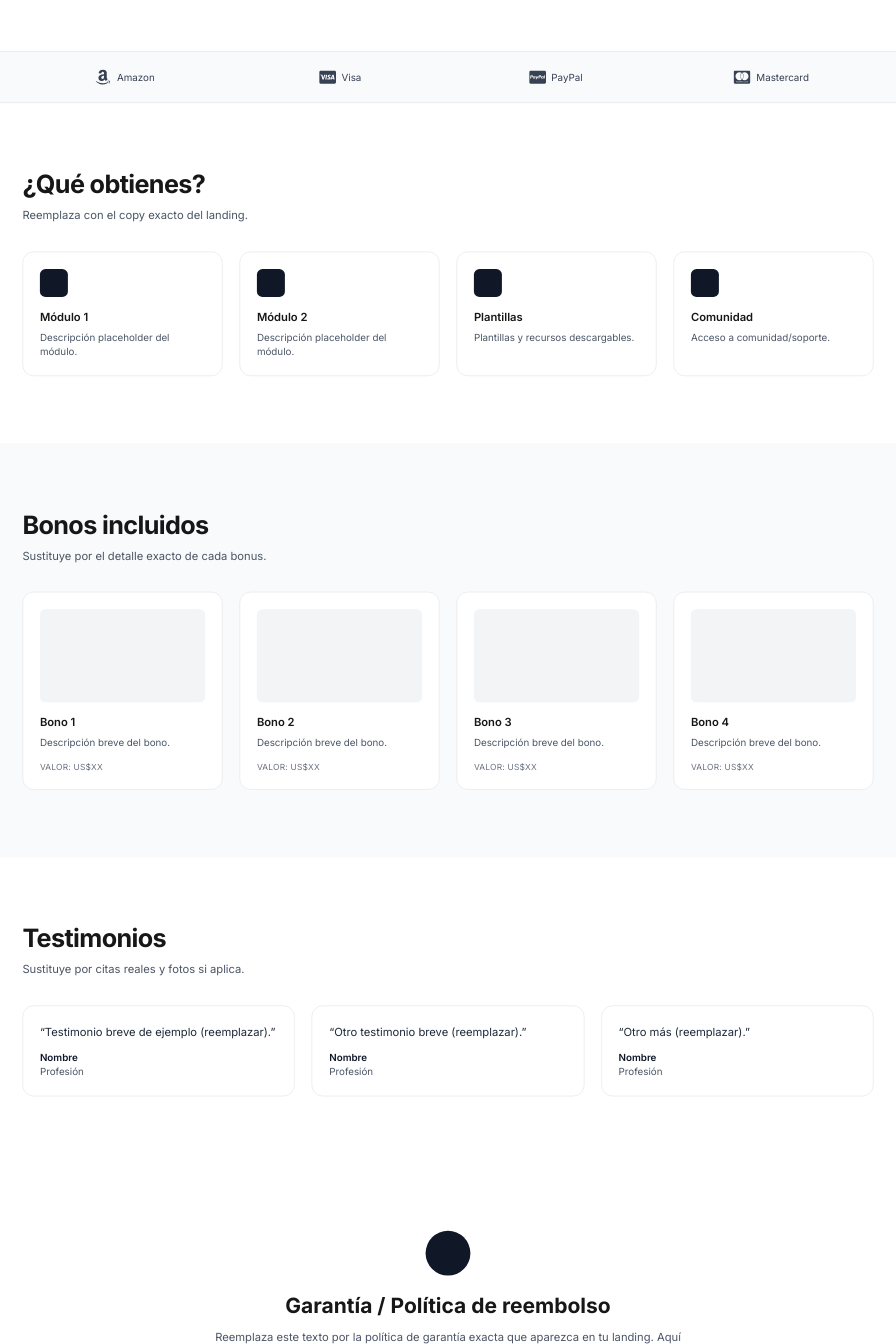
Repository: sazaba/pdfalzate
Page: /
An editor plug-in stored every save of this project. The page is shown before and after the next save, followed by the edit.
The browser window is 1280 px wide. The pictures show the part of the page from y = 715 to 2635 px (the page is 3833 px tall before and 3921 px after), at 70% of full size.
The project was rebuilt for these pictures with package versions that can differ from the ones it lists, and the page was loaded fresh each time. The framework's server and built-in components were replaced by stand-ins that run in the browser. Also part of the build but not shown: next.config.ts.

Above is the page before, as saved 2025-09-24 12:33:42.

### src/app/layout.tsx
import { Inter } from "next/font/google";
import "./globals.css";

const inter = Inter({ subsets: ["latin"] });

export default function RootLayout({ children }: { children: React.ReactNode }) {
  return (
    <html lang="es" suppressHydrationWarning>
      <body className={`${inter.className} min-h-screen bg-white text-gray-900 antialiased`}>
        {children}
      </body>
    </html>
  );
}

### src/app/page.tsx
import React from 'react'

import Navbar from "./components/Navbar";
import Hero from "./components/Hero";
import TrustBar from "./components/TrustBar";
import WhatYouGet from "./components/WhatYouGet";
import Bonuses from "./components/Bonuses";
import Testimonials from "./components/Testimonials";
import Guarantee from "./components/Guarantee";
import FAQ from "./components/FAQ";
import CTA from "./components/CTA";
import Footer from "./components/Footer";


export default function Page() {
  return (
    <main>
      <Navbar />
      <Hero />
      <TrustBar />
      <WhatYouGet />
      <Bonuses />
      <Testimonials />
      <Guarantee />
      <FAQ />
      <CTA />
      <Footer />
    </main>
  );
}

### src/app/globals.css
@import "tailwindcss";


:root {
  --background: #ffffff;
  --foreground: #171717;
}

@theme inline {
  --color-background: var(--background);
  --color-foreground: var(--foreground);
  --font-sans: var(--font-geist-sans);
  --font-mono: var(--font-geist-mono);
}

@media (prefers-color-scheme: dark) {
  :root {
    --background: #0a0a0a;
    --foreground: #ededed;
  }
}

body {
  background: var(--background);
  color: var(--foreground);
  font-family: Arial, Helvetica, sans-serif;
}

### src/app/components/Navbar.tsx
"use client";
import { useState, useEffect } from "react";
import Link from "next/link";

const navItems = [
  { href: "#whatyouget", label: "Contenido" },
  { href: "#bonuses", label: "Bonos" },
  { href: "#testimonials", label: "Testimonios" },
  { href: "#faq", label: "FAQ" },
];

export default function Navbar() {
  const [open, setOpen] = useState(false);
  const [scrolled, setScrolled] = useState(false);

  useEffect(() => {
    const onScroll = () => setScrolled(window.scrollY > 8);
    window.addEventListener("scroll", onScroll);
    return () => window.removeEventListener("scroll", onScroll);
  }, []);

  return (
    <header
      className={`sticky top-0 z-50 transition-all ${
        scrolled
          ? "bg-white/90 backdrop-blur border-b border-gray-200"
          : "bg-white"
      }`}
    >
      <div className="mx-auto max-w-7xl px-4 sm:px-6 lg:px-8 h-16 flex items-center justify-between">
        <Link href="#" className="flex items-center gap-3">
          {/* Logo placeholder */}
          <div className="h-8 w-8 rounded bg-gray-900" />
          <span className="font-semibold tracking-tight">RC Servicios Generales</span>
        </Link>

        {/* Links desktop */}
        <nav className="hidden md:flex items-center gap-8">
          {navItems.map((i) => (
            <a
              key={i.href}
              href={i.href}
              className="text-sm font-medium text-gray-700 hover:text-gray-900"
            >
              {i.label}
            </a>
          ))}
          <a
            href="#cta"
            className="inline-flex items-center rounded-lg bg-gray-900 px-4 py-2 text-sm font-semibold text-white hover:opacity-90"
          >
            Comprar ahora
          </a>
        </nav>

        {/* Botón hamburguesa */}
        <button
          onClick={() => setOpen((v) => !v)}
          className="md:hidden inline-flex items-center p-2"
        >
          <span className="sr-only">Abrir menú</span>
          <svg
            viewBox="0 0 24 24"
            className="h-6 w-6"
            fill="none"
            stroke="currentColor"
            strokeWidth="2"
          >
            <path d="M4 6h16M4 12h16M4 18h16" />
          </svg>
        </button>
      </div>

      {/* Mobile menu */}
      {open && (
        <div className="md:hidden border-t border-gray-200 bg-white">
          <div className="space-y-2 px-4 py-4">
            {navItems.map((i) => (
              <a
                key={i.href}
                href={i.href}
                onClick={() => setOpen(false)}
                className="block rounded px-2 py-2 text-sm font-medium text-gray-700 hover:bg-gray-50"
              >
                {i.label}
              </a>
            ))}
            <a
              href="#cta"
              onClick={() => setOpen(false)}
              className="block rounded bg-gray-900 px-3 py-2 text-center text-sm font-semibold text-white"
            >
              Comprar ahora
            </a>
          </div>
        </div>
      )}
    </header>
  );
}

### src/app/components/Hero.tsx
import Image from "next/image";
import cook from '../images/cook.webp'

export default function Hero() {
  return (
    <section className="relative overflow-hidden">
      <div className="mx-auto max-w-7xl px-4 sm:px-6 lg:px-8 py-14 sm:py-20 grid items-center gap-10 lg:grid-cols-2">
        {/* Texto */}
        <div className="space-y-6">
          <p className="inline-flex items-center gap-2 rounded-full bg-gray-100 px-3 py-1 text-xs font-medium text-gray-700">
            <span>Lanzamiento</span>
            <span className="h-1 w-1 rounded-full bg-gray-400"></span>
            <span>Incluye 150+ recetas</span>
          </p>

          <h1 className="text-4xl sm:text-5xl lg:text-6xl font-extrabold tracking-tight leading-tight">
            COOKBOOK 3.0{" "}
            <br/>
            <span className="text-gray-500">(By RC Servicios Generales)</span>
          </h1>

          <p className="text-lg sm:text-xl text-gray-600">
            El eBook definitivo para cocinar en casa: recetas rápidas, saludables y
            sorprendentes listas en 15–30 minutos. Incluye menús semanales, lista de
            compras y variaciones para vegetarianos y carnívoros.
          </p>

          <div className="flex flex-col sm:flex-row items-stretch sm:items-center gap-3">
            <a
              href="#cta"
              className="inline-flex items-center justify-center rounded-lg bg-gray-900 px-5 py-3 text-white font-semibold"
            >
              Comprar ahora
            </a>
            <a
              href="#whatyouget"
              className="inline-flex items-center justify-center rounded-lg border border-gray-300 px-5 py-3 font-semibold"
            >
              Ver lo que incluye
            </a>
          </div>

          {/* Bullets rápidos */}
          <ul className="grid grid-cols-2 sm:grid-cols-3 gap-3 pt-4 text-sm text-gray-700">
            <li className="flex items-center gap-2">
              <span className="h-2 w-2 rounded-full bg-gray-900" />
              Descarga inmediata (PDF/EPUB)
            </li>
            <li className="flex items-center gap-2">
              <span className="h-2 w-2 rounded-full bg-gray-900" />
              Actualizaciones gratuitas
            </li>
            <li className="flex items-center gap-2">
              <span className="h-2 w-2 rounded-full bg-gray-900" />
              Garantía 7 días
            </li>
          </ul>
        </div>

        {/* Imagen/video */}
        <div className="relative aspect-[4/3] w-full rounded-2xl bg-gray-100 shadow-sm">
          {/* Deja el src vacío y reemplázalo por tu portada/mockup */}
          <Image alt="Portada de COOKBOOK 3.0" src={cook} fill className="object-cover rounded-2xl" />
        </div>
      </div>
    </section>
  );
}

### src/app/components/TrustBar.tsx
import { FaAmazon, FaCcVisa, FaCcPaypal, FaCcMastercard } from "react-icons/fa";

export default function TrustBar() {
  return (
    <section className="border-y border-gray-200 bg-gray-50">
      <div className="mx-auto max-w-7xl px-4 sm:px-6 lg:px-8 py-6 grid grid-cols-2 sm:grid-cols-4 gap-4 text-center text-sm text-gray-600">
        <div className="flex items-center justify-center gap-2 text-gray-700">
          <FaAmazon className="text-2xl" />
          <span className="hidden sm:inline">Amazon</span>
        </div>
        <div className="flex items-center justify-center gap-2 text-gray-700">
          <FaCcVisa className="text-2xl" />
          <span className="hidden sm:inline">Visa</span>
        </div>
        <div className="flex items-center justify-center gap-2 text-gray-700">
          <FaCcPaypal className="text-2xl" />
          <span className="hidden sm:inline">PayPal</span>
        </div>
        <div className="flex items-center justify-center gap-2 text-gray-700">
          <FaCcMastercard className="text-2xl" />
          <span className="hidden sm:inline">Mastercard</span>
        </div>
      </div>
    </section>
  );
}

### src/app/components/WhatYouGet.tsx
export default function WhatYouGet() {
    const items = [
      { title: "Módulo 1", desc: "Descripción placeholder del módulo." },
      { title: "Módulo 2", desc: "Descripción placeholder del módulo." },
      { title: "Plantillas", desc: "Plantillas y recursos descargables." },
      { title: "Comunidad", desc: "Acceso a comunidad/soporte." },
    ];

    return (
      <section id="whatyouget" className="py-16 sm:py-24">
        <div className="mx-auto max-w-7xl px-4 sm:px-6 lg:px-8">
          <div className="max-w-2xl mb-10">
            <h2 className="text-3xl sm:text-4xl font-bold tracking-tight">
              ¿Qué obtienes?
            </h2>
            <p className="mt-3 text-gray-600">
              Reemplaza con el copy exacto del landing.
            </p>
          </div>

          <div className="grid gap-6 sm:grid-cols-2 lg:grid-cols-4">
            {items.map((it, i) => (
              <div
                key={i}
                className="rounded-2xl border border-gray-200 p-6 hover:shadow-sm transition"
              >
                <div className="h-10 w-10 rounded-lg bg-gray-900 mb-4" />
                <h3 className="font-semibold">{it.title}</h3>
                <p className="text-sm text-gray-600 mt-2">{it.desc}</p>
              </div>
            ))}
          </div>
        </div>
      </section>
    );
  }

### src/app/components/Bonuses.tsx
export default function Bonuses() {
    const bonuses = [
      { title: "Bono 1", desc: "Descripción breve del bono.", value: "US$xx" },
      { title: "Bono 2", desc: "Descripción breve del bono.", value: "US$xx" },
      { title: "Bono 3", desc: "Descripción breve del bono.", value: "US$xx" },
      { title: "Bono 4", desc: "Descripción breve del bono.", value: "US$xx" },
    ];

    return (
      <section id="bonuses" className="py-16 sm:py-24 bg-gray-50">
        <div className="mx-auto max-w-7xl px-4 sm:px-6 lg:px-8">
          <div className="max-w-2xl mb-10">
            <h2 className="text-3xl sm:text-4xl font-bold tracking-tight">
              Bonos incluidos
            </h2>
            <p className="mt-3 text-gray-600">
              Sustituye por el detalle exacto de cada bonus.
            </p>
          </div>

          <div className="grid gap-6 sm:grid-cols-2 lg:grid-cols-4">
            {bonuses.map((b, i) => (
              <div
                key={i}
                className="rounded-2xl border border-gray-200 bg-white p-6"
              >
                <div className="aspect-video w-full rounded-lg bg-gray-100 mb-4" />
                <h3 className="font-semibold">{b.title}</h3>
                <p className="text-sm text-gray-600 mt-2">{b.desc}</p>
                <div className="mt-4 text-xs uppercase tracking-wide text-gray-500">
                  Valor: {b.value}
                </div>
              </div>
            ))}
          </div>
        </div>
      </section>
    );
  }

### src/app/components/Testimonials.tsx
export default function Testimonials() {
    const items = [
      {
        quote: "Testimonio breve de ejemplo (reemplazar).",
        author: "Nombre",
        role: "Profesión",
      },
      {
        quote: "Otro testimonio breve (reemplazar).",
        author: "Nombre",
        role: "Profesión",
      },
      {
        quote: "Otro más (reemplazar).",
        author: "Nombre",
        role: "Profesión",
      },
    ];

    return (
      <section id="testimonials" className="py-16 sm:py-24">
        <div className="mx-auto max-w-7xl px-4 sm:px-6 lg:px-8">
          <div className="max-w-2xl mb-10">
            <h2 className="text-3xl sm:text-4xl font-bold tracking-tight">
              Testimonios
            </h2>
            <p className="mt-3 text-gray-600">
              Sustituye por citas reales y fotos si aplica.
            </p>
          </div>

          <div className="grid gap-6 sm:grid-cols-2 lg:grid-cols-3">
            {items.map((t, i) => (
              <figure
                key={i}
                className="rounded-2xl border border-gray-200 p-6"
              >
                <blockquote className="text-gray-800">“{t.quote}”</blockquote>
                <figcaption className="mt-4 text-sm text-gray-600">
                  <div className="font-semibold text-gray-900">{t.author}</div>
                  <div>{t.role}</div>
                </figcaption>
              </figure>
            ))}
          </div>
        </div>
      </section>
    );
  }

### src/app/components/Guarantee.tsx
export default function Guarantee() {
    return (
      <section className="py-16 sm:py-24 bg-white">
        <div className="mx-auto max-w-5xl px-4 sm:px-6 lg:px-8 text-center">
          {/* Icono o sello de garantía */}
          <div className="mx-auto h-16 w-16 rounded-full bg-gray-900" />

          <h3 className="mt-6 text-2xl sm:text-3xl font-bold">
            Garantía / Política de reembolso
          </h3>

          <p className="mt-4 text-gray-600 max-w-2xl mx-auto">
            Reemplaza este texto por la política de garantía exacta que aparezca
            en tu landing. Aquí puedes indicar los días de reembolso o condiciones
            de satisfacción garantizada.
          </p>
        </div>
      </section>
    );
  }

### src/app/components/FAQ.tsx
"use client";
import { useState } from "react";

type FAQItem = { q: string; a: string };

const faqs: FAQItem[] = [
  { q: "¿Pregunta frecuente 1?", a: "Respuesta 1" },
  { q: "¿Pregunta frecuente 2?", a: "Respuesta 2" },
  { q: "¿Pregunta frecuente 3?", a: "Respuesta 3" },
];

export default function FAQ() {
  const [openIndex, setOpenIndex] = useState<number | null>(0);

  return (
    <section id="faq" className="py-16 sm:py-24 bg-gray-50">
      <div className="mx-auto max-w-4xl px-4 sm:px-6 lg:px-8">
        <h2 className="text-3xl sm:text-4xl font-bold tracking-tight text-center">
          Preguntas frecuentes
        </h2>

        <div className="mt-10 divide-y divide-gray-200 rounded-2xl border border-gray-200 bg-white">
          {faqs.map((item, i) => {
            const isOpen = openIndex === i;
            return (
              <div key={i}>
                <button
                  onClick={() => setOpenIndex(isOpen ? null : i)}
                  className="w-full px-5 py-4 text-left flex items-center justify-between"
                >
                  <span className="font-medium">{item.q}</span>
                  <svg
                    className={`h-5 w-5 transition ${isOpen ? "rotate-180" : "rotate-0"}`}
                    viewBox="0 0 24 24"
                    fill="none"
                    stroke="currentColor"
                    strokeWidth={2}
                  >
                    <path d="M6 9l6 6 6-6" />
                  </svg>
                </button>
                {isOpen && (
                  <div className="px-5 pb-5 text-gray-600">{item.a}</div>
                )}
              </div>
            );
          })}
        </div>
      </div>
    </section>
  );
}

### src/app/components/CTA.tsx
export default function CTA() {
    return (
      <section id="cta" className="py-16 sm:py-24">
        <div className="mx-auto max-w-4xl px-4 sm:px-6 lg:px-8 text-center">
          <h2 className="text-3xl sm:text-4xl font-extrabold tracking-tight">
            Listo para unirte
          </h2>
          <p className="mt-3 text-gray-600">
            Reemplaza por el mensaje comercial final del landing.
          </p>

          <div className="mt-6 inline-flex flex-col sm:flex-row items-center rounded-2xl border border-gray-200 p-6 shadow-sm gap-4 sm:gap-6">
            <div className="text-left">
              <div className="text-2xl font-bold">US$ XXX</div>
              <div className="text-sm text-gray-600">Pago único / plan</div>
            </div>

            <a
              href="#"
              className="inline-flex items-center rounded-xl bg-gray-900 px-6 py-3 font-semibold text-white hover:opacity-90"
            >
              Comprar ahora
            </a>
          </div>
        </div>
      </section>
    );
  }

### src/app/components/Footer.tsx
export default function Footer() {
    return (
      <footer className="border-t border-gray-200 bg-white">
        <div className="mx-auto max-w-7xl px-4 sm:px-6 lg:px-8 py-10 grid gap-8 sm:grid-cols-2 lg:grid-cols-4">
          {/* Columna 1: Marca */}
          <div>
            <div className="h-8 w-8 rounded bg-gray-900" />
            <p className="mt-4 text-sm text-gray-600 max-w-xs">
              Breve descripción o disclaimers legales.
            </p>
          </div>

          {/* Columna 2: Enlaces */}
          <div>
            <h4 className="font-semibold">Enlaces</h4>
            <ul className="mt-3 space-y-2 text-sm text-gray-600">
              <li><a href="#whatyouget" className="hover:text-gray-900">Contenido</a></li>
              <li><a href="#bonuses" className="hover:text-gray-900">Bonos</a></li>
              <li><a href="#faq" className="hover:text-gray-900">FAQ</a></li>
            </ul>
          </div>

          {/* Columna 3: Legal */}
          <div>
            <h4 className="font-semibold">Legal</h4>
            <ul className="mt-3 space-y-2 text-sm text-gray-600">
              <li><a href="#" className="hover:text-gray-900">Términos</a></li>
              <li><a href="#" className="hover:text-gray-900">Privacidad</a></li>
              <li><a href="#" className="hover:text-gray-900">Reembolsos</a></li>
            </ul>
          </div>

          {/* Columna 4: Contacto */}
          <div>
            <h4 className="font-semibold">Contacto</h4>
            <ul className="mt-3 space-y-2 text-sm text-gray-600">
              <li>email@dominio.com</li>
              <li>© {new Date().getFullYear()} Protagonist</li>
            </ul>
          </div>
        </div>
      </footer>
    );
  }

After the next save:
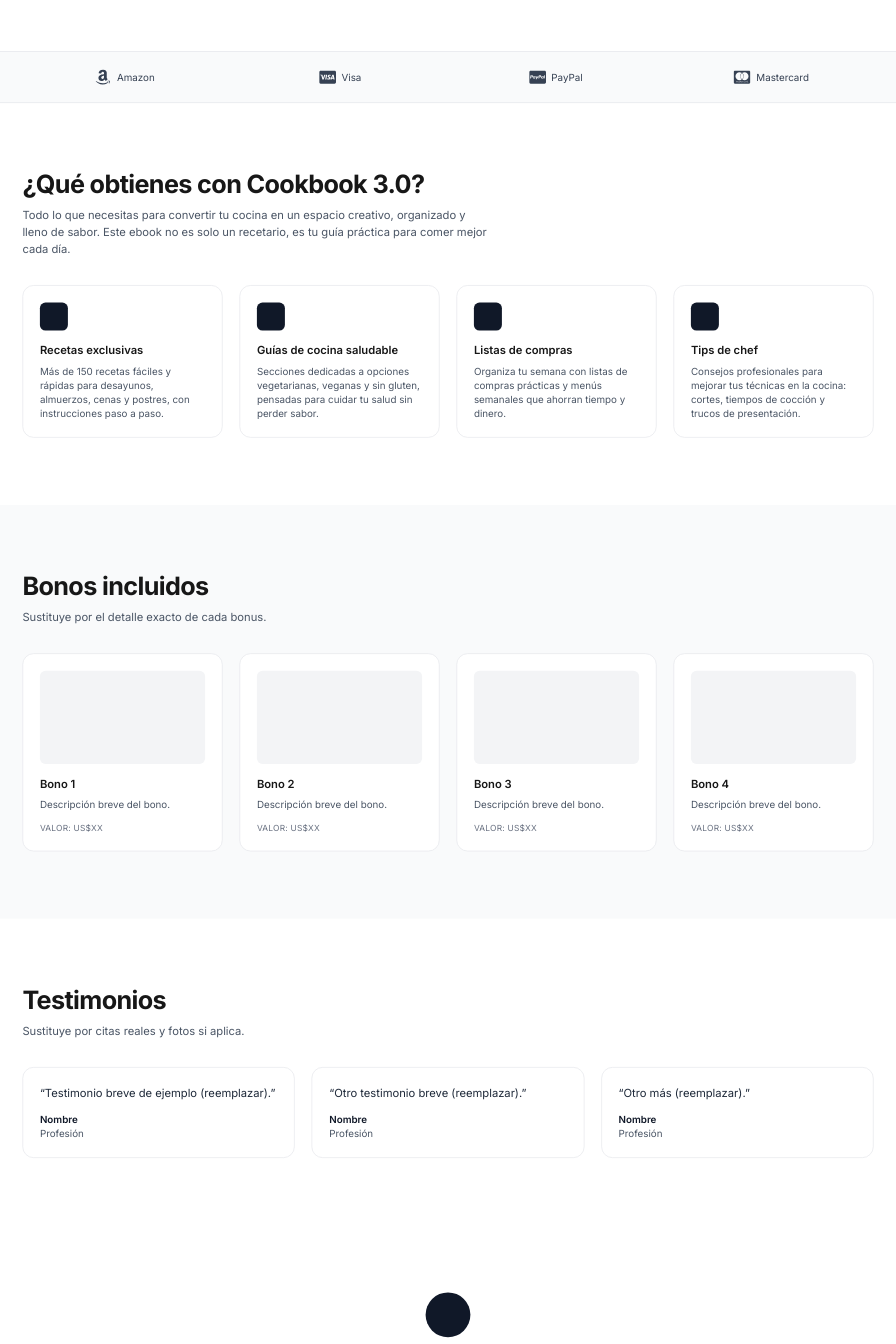
Saved 2 min 25 s later.
--- a/src/app/components/WhatYouGet.tsx
+++ b/src/app/components/WhatYouGet.tsx
@@ -1,36 +1,50 @@
 export default function WhatYouGet() {
-    const items = [
-      { title: "Módulo 1", desc: "Descripción placeholder del módulo." },
-      { title: "Módulo 2", desc: "Descripción placeholder del módulo." },
-      { title: "Plantillas", desc: "Plantillas y recursos descargables." },
-      { title: "Comunidad", desc: "Acceso a comunidad/soporte." },
-    ];
+  const items = [
+    {
+      title: "Recetas exclusivas",
+      desc: "Más de 150 recetas fáciles y rápidas para desayunos, almuerzos, cenas y postres, con instrucciones paso a paso.",
+    },
+    {
+      title: "Guías de cocina saludable",
+      desc: "Secciones dedicadas a opciones vegetarianas, veganas y sin gluten, pensadas para cuidar tu salud sin perder sabor.",
+    },
+    {
+      title: "Listas de compras",
+      desc: "Organiza tu semana con listas de compras prácticas y menús semanales que ahorran tiempo y dinero.",
+    },
+    {
+      title: "Tips de chef",
+      desc: "Consejos profesionales para mejorar tus técnicas en la cocina: cortes, tiempos de cocción y trucos de presentación.",
+    },
+  ];
 
-    return (
-      <section id="whatyouget" className="py-16 sm:py-24">
-        <div className="mx-auto max-w-7xl px-4 sm:px-6 lg:px-8">
-          <div className="max-w-2xl mb-10">
-            <h2 className="text-3xl sm:text-4xl font-bold tracking-tight">
-              ¿Qué obtienes?
-            </h2>
-            <p className="mt-3 text-gray-600">
-              Reemplaza con el copy exacto del landing.
-            </p>
-          </div>
+  return (
+    <section id="whatyouget" className="py-16 sm:py-24">
+      <div className="mx-auto max-w-7xl px-4 sm:px-6 lg:px-8">
+        <div className="max-w-2xl mb-10">
+          <h2 className="text-3xl sm:text-4xl font-bold tracking-tight">
+            ¿Qué obtienes con Cookbook 3.0?
+          </h2>
+          <p className="mt-3 text-gray-600">
+            Todo lo que necesitas para convertir tu cocina en un espacio creativo,
+            organizado y lleno de sabor. Este ebook no es solo un recetario,
+            es tu guía práctica para comer mejor cada día.
+          </p>
+        </div>
 
-          <div className="grid gap-6 sm:grid-cols-2 lg:grid-cols-4">
-            {items.map((it, i) => (
-              <div
-                key={i}
-                className="rounded-2xl border border-gray-200 p-6 hover:shadow-sm transition"
-              >
-                <div className="h-10 w-10 rounded-lg bg-gray-900 mb-4" />
-                <h3 className="font-semibold">{it.title}</h3>
-                <p className="text-sm text-gray-600 mt-2">{it.desc}</p>
-              </div>
-            ))}
-          </div>
+        <div className="grid gap-6 sm:grid-cols-2 lg:grid-cols-4">
+          {items.map((it, i) => (
+            <div
+              key={i}
+              className="rounded-2xl border border-gray-200 p-6 hover:shadow-sm transition"
+            >
+              <div className="h-10 w-10 rounded-lg bg-gray-900 mb-4" />
+              <h3 className="font-semibold">{it.title}</h3>
+              <p className="text-sm text-gray-600 mt-2">{it.desc}</p>
+            </div>
+          ))}
         </div>
-      </section>
-    );
-  }
+      </div>
+    </section>
+  );
+}
